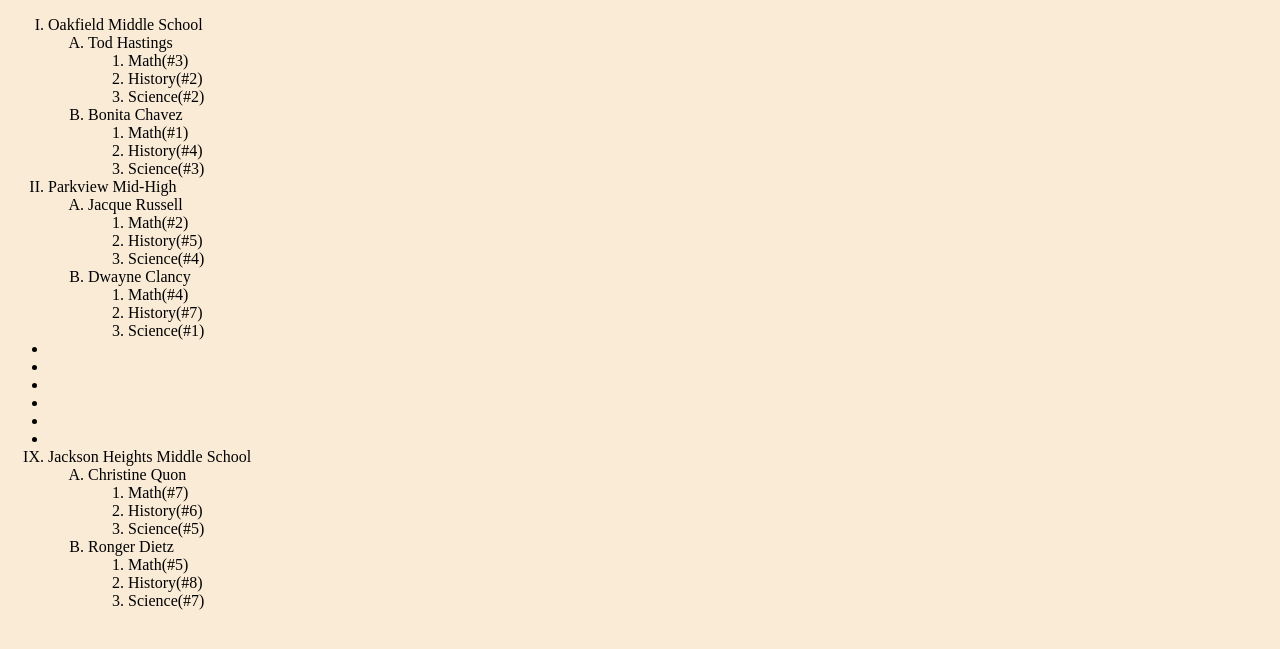
Repository: PhamChiXuan1/HTCNW_tuan3_DHCNTT16C_PhamChiXuan_20030131
Page: bt4b.html
The author's editor kept a copy of each file at every save. The page is drawn from the files as they stood at one save, then again after the next save.
The browser window is 1280 px wide. The pictures show the whole page.

Above is the page before, as saved 2022-02-26 21:29:54.

After the next save:
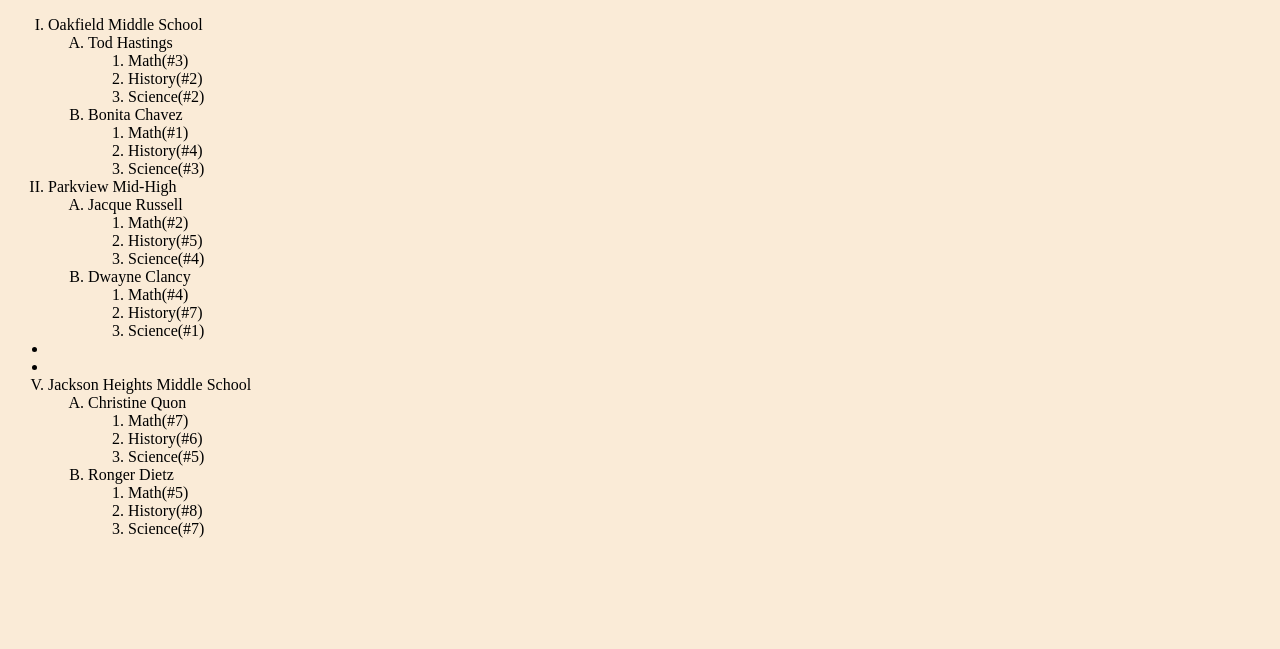
Saved 15 s later.
--- a/bt4b.html
+++ b/bt4b.html
@@ -41,10 +41,7 @@
 
         <div ><li type="disc"  ></li></div>
         <div ><li type="disc"></li></div>
-        <div ><li type="disc"></li></div>
-        <div ><li type="disc"  ></li></div>
-        <div ><li type="disc"></li></div>
-        <div ><li type="disc"></li></div>
+
 
         <li >Jackson Heights Middle School</li>
         <ol type="A">
